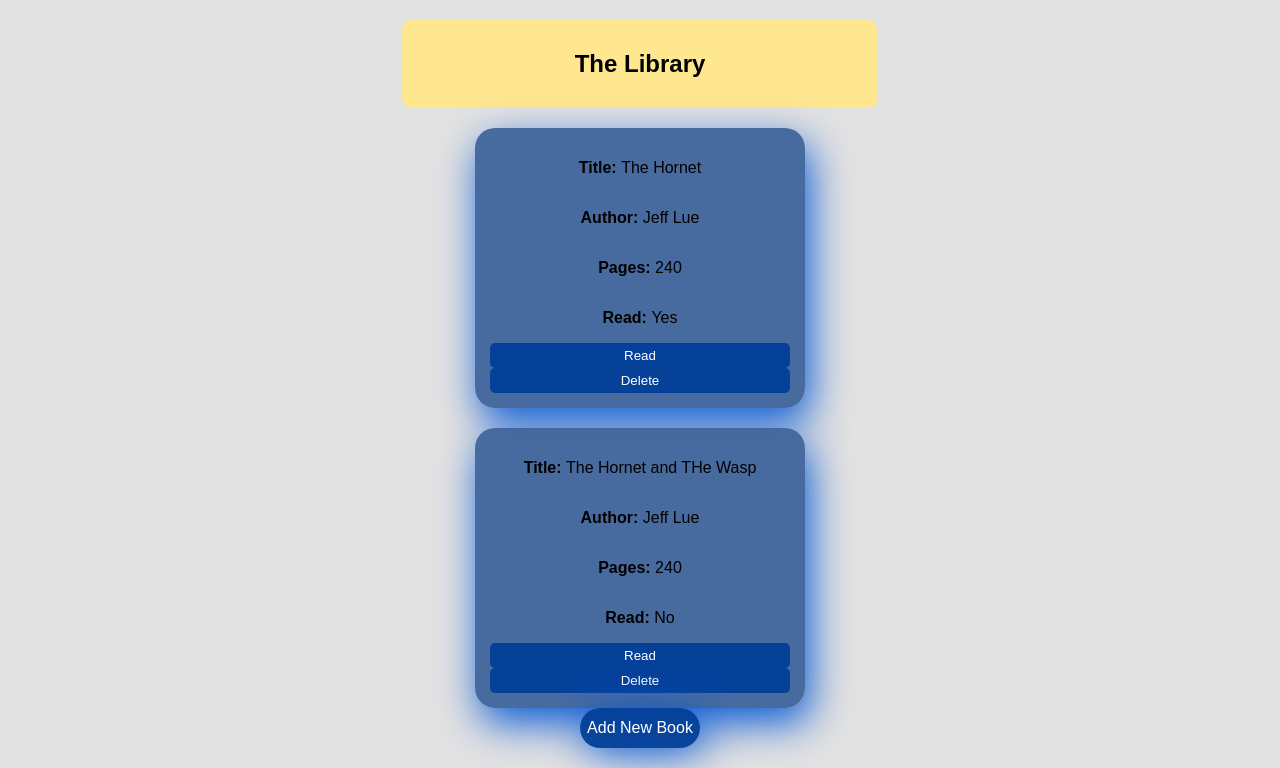
Repository: ErvinClay13/Library
Page: index.html
An editor plug-in stored every save of this project. The page is shown before and after the next save, followed by the edit.
The browser window is 1280 px wide. The pictures show the whole page.

Above is the page before, as saved 2025-01-11 04:55:34.

### index.html
<!DOCTYPE html>
<html lang="en">
<head>
    <meta charset="UTF-8">
    <meta name="viewport" content="width=device-width, initial-scale=1.0">
    <link rel="stylesheet" href="style.css">
    <link
      rel="icon"
      type="image/png"
      sizes="32x32"
      href="images/myLogo.png"
    />
    <title>The Library</title>
</head>
<body>
    <div class="container">
        <div class="heading">
            <h2>The Library</h2>
        </div>

            <div class="content" id="content"></div>

            <dialog id="myDialog">
                <div class="input">
                <form method="dialog" id="form">
                    <label for="title">Title</label>
                    <input type="text"
                           id="title"
                           name="title"
                           required>

                    <label for="author">Author</label>
                    <input type="text"
                           id="author"
                           name="author"
                           required>

                    <label for="pages">Pages</label>
                    <input type="number"
                           id="pages"
                           name="pages"
                           required>

                    <label for="read">Read</label>
                    <input type="checkbox"
                           name="read"
                           id="isRead">

                    <button type="submit" id="submit">Submit</button>
                    <div class="cancel" id="cancel">Cancel</div>


                </form>
            </div>
        </dialog>
        <footer><button id="addBook">Add New Book</button></footer>
    </div>

    <script src="script.js"></script>
</body>
</html>

### style.css
body {
    display: flex;
    justify-content: center;
    align-items: center;
    flex-direction: column;
    /* background-color: white; */
    background-color: rgb(226, 226, 226);
    margin: 0;
    font-family: Arial, sans-serif;
}

.container {
    display: flex;
    flex-direction: column;
    align-items: center;
    padding: 20px;
}

.heading {
    display: flex;
    justify-content: space-between;
    justify-content: center;
    background-color: rgb(255, 231, 144);
    /* background-color: #42669df5; */
    /* box-shadow: 5px 5px 40px #0055d4f5; */
    width: 100%;
    max-width: 800px;
    padding: 10px 20px;
    border-radius: 10px;
    margin-bottom: 20px;
}

#addBook {
    background-color: #03409af5;
    box-shadow: 5px 5px 40px #0055d4f5;
    height: 40px;
    width: 120px;
    border-radius: 20px;
    border: none;
    font-size: 16px;
    color: white;
    cursor: pointer;
}

#addBook:hover {
    transform: scale(1.1);
    box-shadow: 2px 5px 40px #7800d4f5;
}

#content {
    display: flex;
    flex-wrap: wrap;
    gap: 20px;
    justify-content: center;
    width: 100%;
}

.card {
    display: flex;
    flex-direction: column;
    justify-content: space-between;
    text-align: center;
    border-radius: 20px;
    padding: 15px;
    background-color: #42669df5;
    width: 100%;
    max-width: 300px;
    box-shadow: 5px 15px 40px #0055d4f5;
}

.card-details {
    margin-bottom: 10px;
}

.card-buttons {
    display: flex;
    justify-content: space-between;
    gap: 10px;
}

.read, .delete {
    flex: 1;
    padding: 5px 10px;
    border: none;
    border-radius: 5px;
    color: white;
    background-color: #03409af5;
    cursor: pointer;
}

.read:hover, .delete:hover {
    background-color: #254a81f5;
}

.read:active, .delete:active {
    background-color: #42669df5;
}

dialog {
    background-color: #fefefe;
    padding: 20px;
    border: none;
    border-radius: 10px;
    box-shadow: 0px 5px 15px rgba(0, 0, 0, 0.5);
}

form {
    display: flex;
    flex-direction: column;
    gap: 10px;
}

input[type="text"], input[type="number"] {
    padding: 5px;
    border-radius: 5px;
    border: 1px solid #ccc;
}

button {
    cursor: pointer;
}

/* Responsive Styles */
@media (max-width: 768px) {
    .heading {
        flex-direction: column;
        align-items: center;
    }

    #content {
        gap: 15px;
    }

    .card {
        max-width: 100%;
    }
}

### script.js
const dialog = document.getElementById('myDialog');
const form = document.getElementById('form');
const content = document.getElementById('content');
const submit = document.getElementById('submit');
const addBook = document.getElementById('addBook');
const cancel = document.getElementById('cancel');

const myLibrary = [];

const theHornet = new Book('The Hornet', 'Jeff Lue', 240, true);
const theHornetAndTheWasp = new Book('The Hornet and THe Wasp', 'Jeff Lue', 240, false);

myLibrary.push(theHornet);
myLibrary.push(theHornetAndTheWasp);


function Book(title, author, pages, read) {
    this.title = title;
    this.author = author;
    this.pages = pages;
    this.read = read;
}

Book.prototype.info = function() {
    return `${this.title} ${this.author} ${this.pages} ${this.read}`;
}


Book.prototype.toggleRead = function() {
    this.read = !this.read;
}



addBook.addEventListener("click", () => {
    dialog.showModal();
});

cancel.addEventListener("click", () => {
    dialog.close();
});

submit.addEventListener("click", (event) => {
    event.preventDefault();

    const title = document.getElementById('title').value;
    const author = document.getElementById('author').value;
    const pages = document.getElementById('pages').value;
    const read = document.getElementById('isRead').checked;

    const newBook = new Book(title, author, pages, read);
    myLibrary.push(newBook);

    form.reset();
    showBooks();
    dialog.close();
});

function showBooks() {

    content.innerHTML = '';

    myLibrary.forEach((book, index) => {                   //going through the array myLibrary
        const card = document.createElement('div');        //creating a new card for each book created through the modal
        card.classList.add('card');                        //adding card to the class

        card.innerHTML =                                      //creating the text that will be displayed on the card
            `<p><strong>Title: </strong>${book.title}</p>
             <p><strong>Author: </strong>${book.author}</p>
             <p><strong>Pages: </strong>${book.pages}</p>
             <p><strong>Read: </strong>${book.read ? 'Yes' : 'No'}</p>`;   //using the user input to create the new book on the card

        const deleteBtn = document.createElement('button');
        deleteBtn.classList.add('delete');
        deleteBtn.textContent = ('Delete');

        deleteBtn.addEventListener("click", () => {
            myLibrary.splice(index, 1);
            showBooks();
        });

        const read = document.createElement('button');
        read.classList.add('read');
        read.textContent = ('Read');

        read.addEventListener("click", () => {
            book.toggleRead();
            showBooks();
        });

        card.appendChild(read);
        card.appendChild(deleteBtn);
        content.appendChild(card);


    })
}

showBooks();

After the next save:
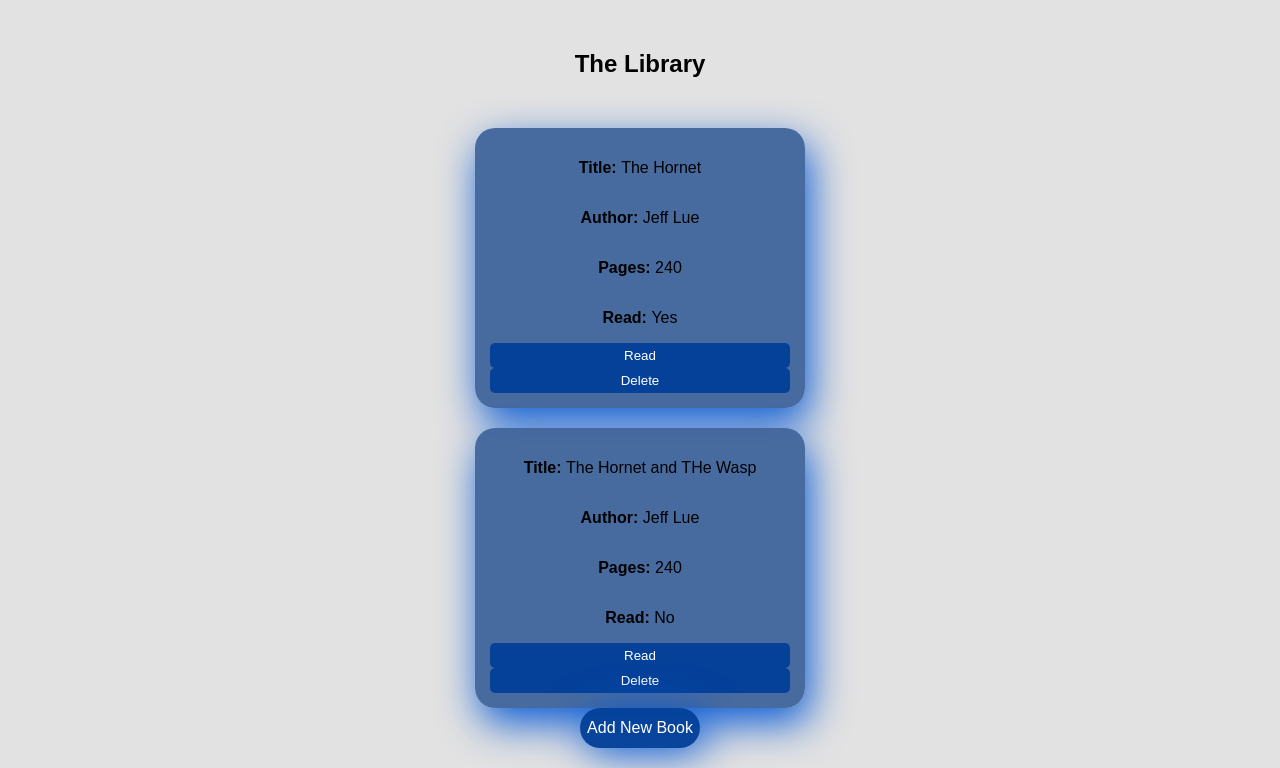
Saved 10 s later.
--- a/style.css
+++ b/style.css
@@ -20,7 +20,7 @@ body {
     display: flex;
     justify-content: space-between;
     justify-content: center;
-    background-color: rgb(255, 231, 144);
+    background-color: gr;
     /* background-color: #42669df5; */
     /* box-shadow: 5px 5px 40px #0055d4f5; */
     width: 100%;
